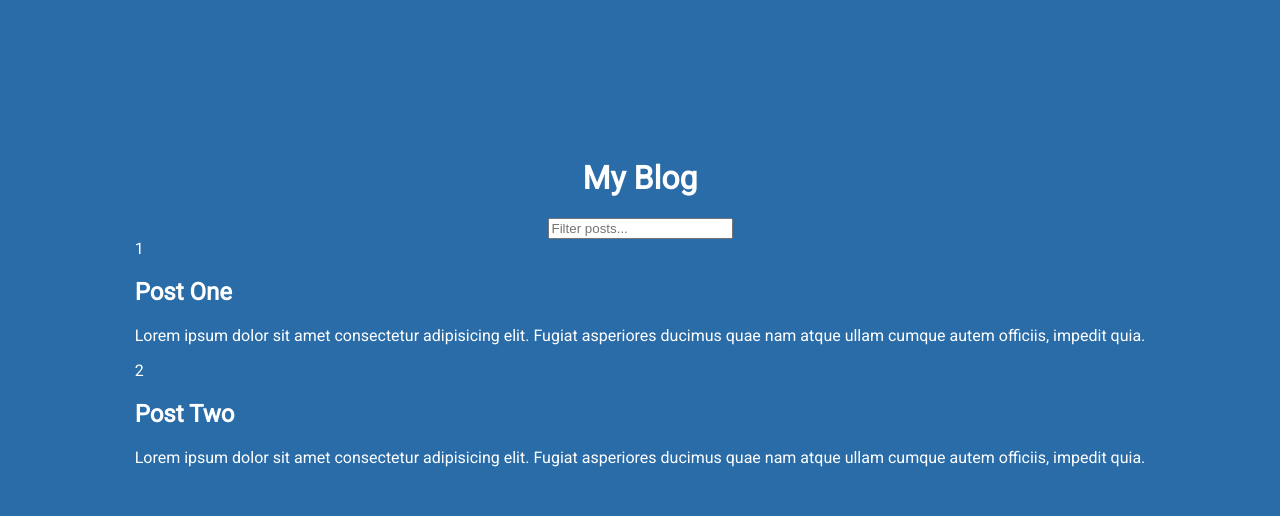
Repository: Youvelop/infiniteScroll
Page: index.html
The author's editor kept a copy of each file at every save. The page is drawn from the files as they stood at one save, then again after the next save.
The browser window is 1280 px wide. The pictures show the whole page.

Above is the page before, as saved 2020-06-30 17:33:52.

After the next save:
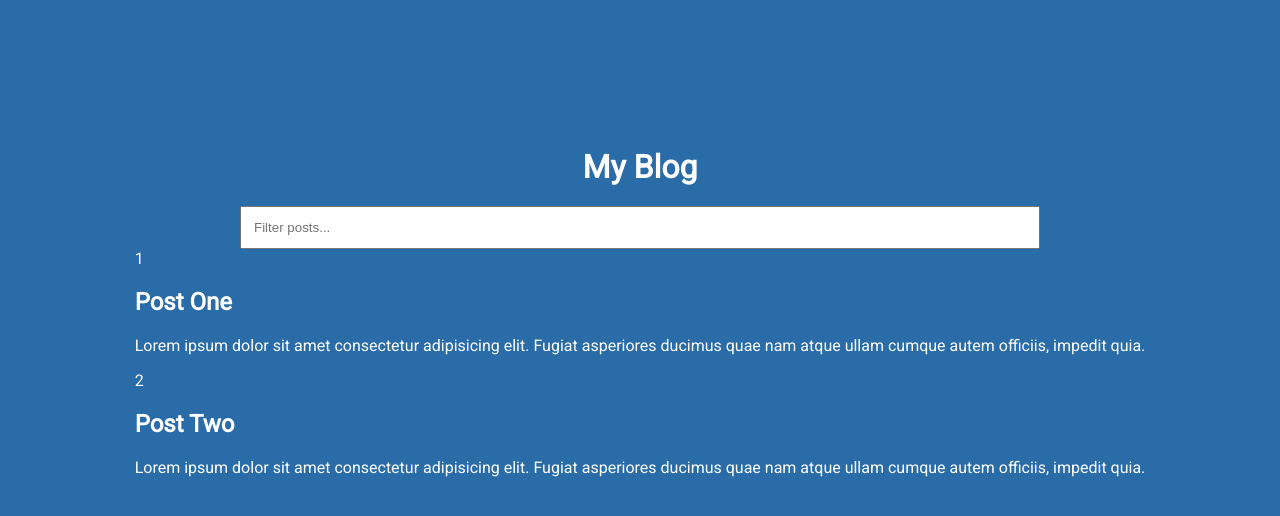
Saved 75 s later.
--- a/style.css
+++ b/style.css
@@ -15,3 +15,19 @@ body {
   margin: 0;
   padding-bottom: 100px;
 }
+
+h1 {
+  margin-bottom: 0;
+  text-align: center;
+}
+
+.filter-container {
+  margin-top: 20px;
+  width: 80vw;
+  max-width: 800px;
+}
+
+.filter {
+  width: 100%;
+  padding: 12px;
+}
